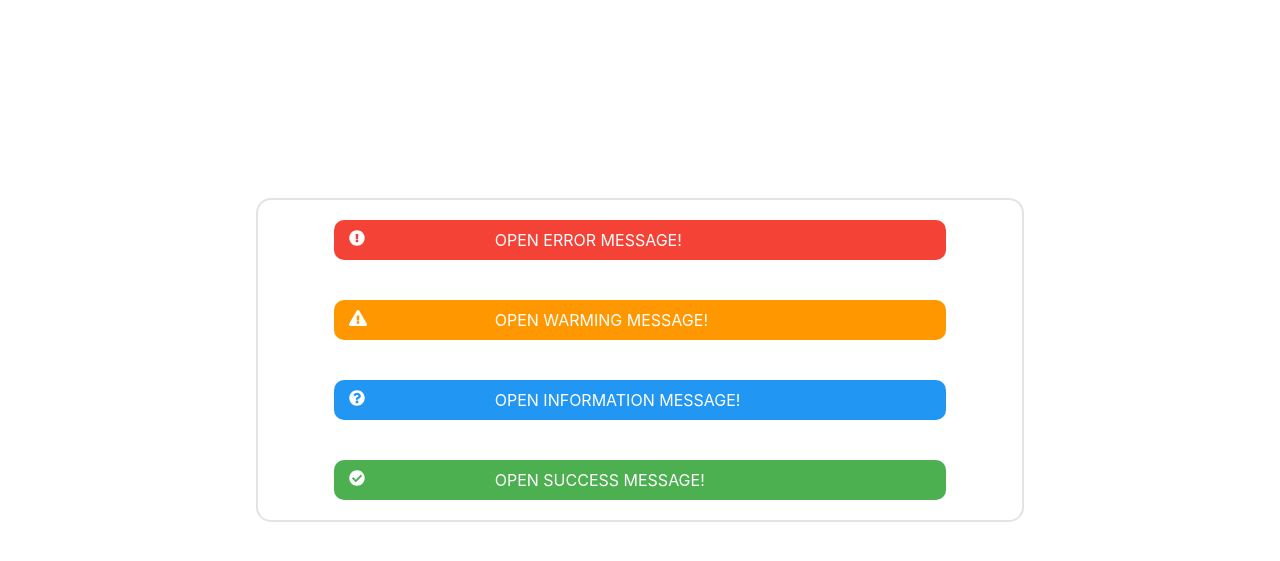
Repository: KrzysKolo/sr_tydzien5_zad2
Page: /
The author's editor kept a copy of each file at every save. The page is drawn from the files as they stood at one save, then again after the next save.
The browser window is 1280 px wide. The pictures show the whole page.
The project was rebuilt for these pictures with package versions that can differ from the ones it lists, and the page was loaded fresh each time.

Above is the page before, as saved 2020-12-21 18:19:02.

After the next save:
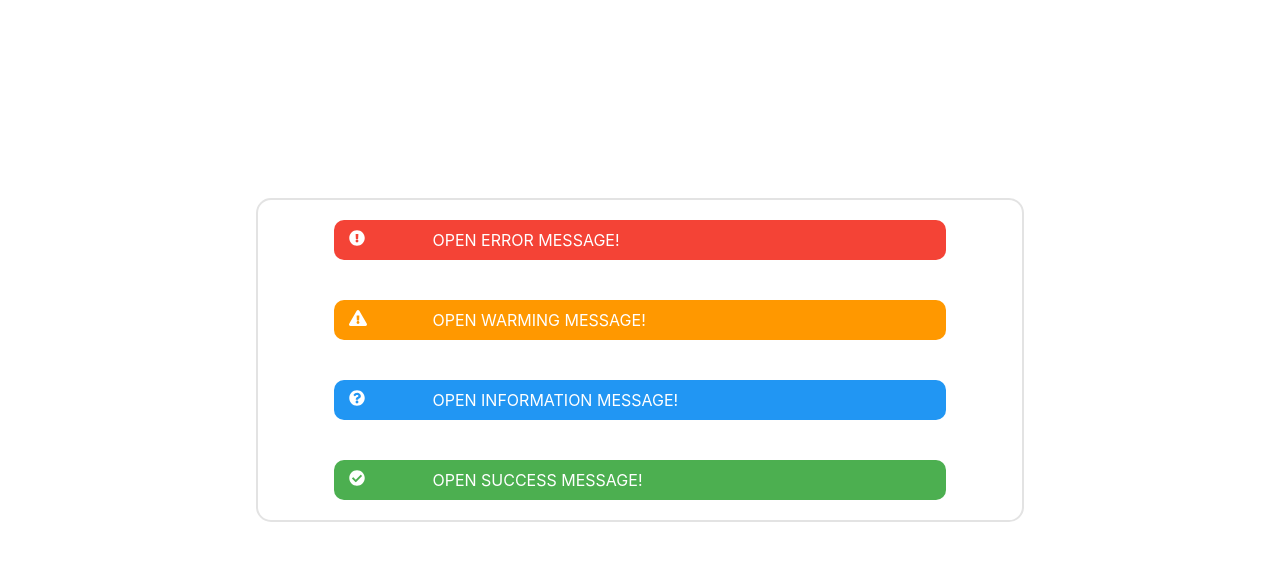
Saved 26 s later.
--- a/src/App.css
+++ b/src/App.css
@@ -28,5 +28,5 @@ body {
   margin: 20px;
   width: 80%;
   display: grid;
-  grid-template-columns: 1fr 3fr;
+  grid-template-columns: 0.5fr 3fr;
 }
